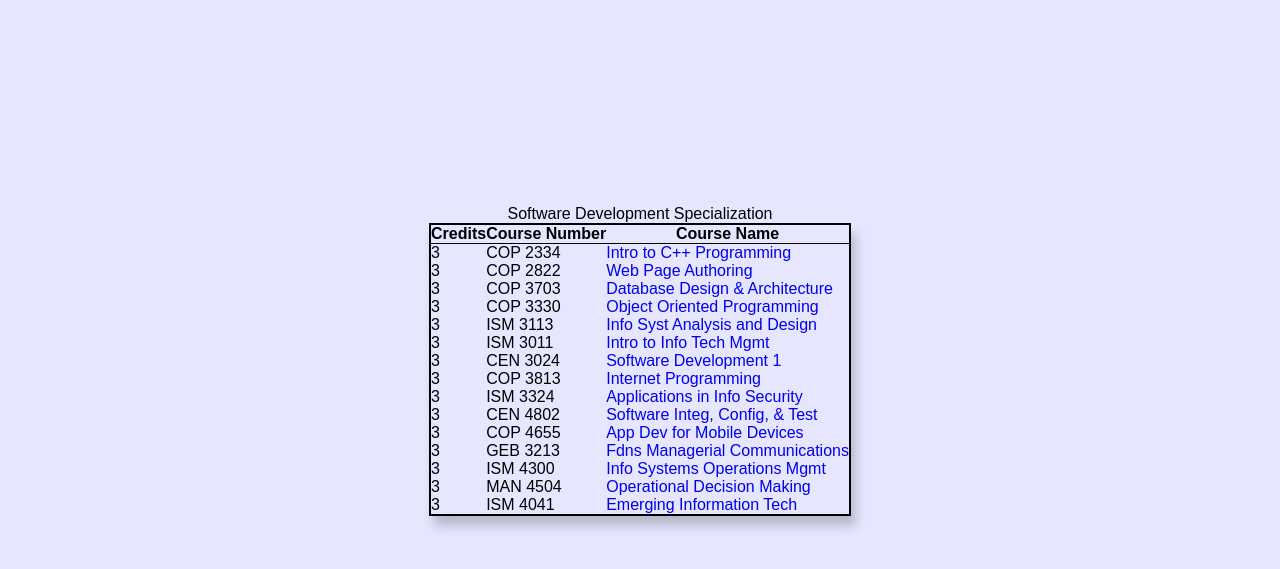
Repository: mlmEFSC21/P3-DegreeSpecializationTable
Page: index.html
The author's editor kept a copy of each file at every save. The page is drawn from the files as they stood at one save, then again after the next save.
The browser window is 1280 px wide. The pictures show the whole page.
Some web fonts or font styles are not loaded; a fallback is used.

Above is the page before, as saved 2022-02-01 21:05:08.

After the next save:
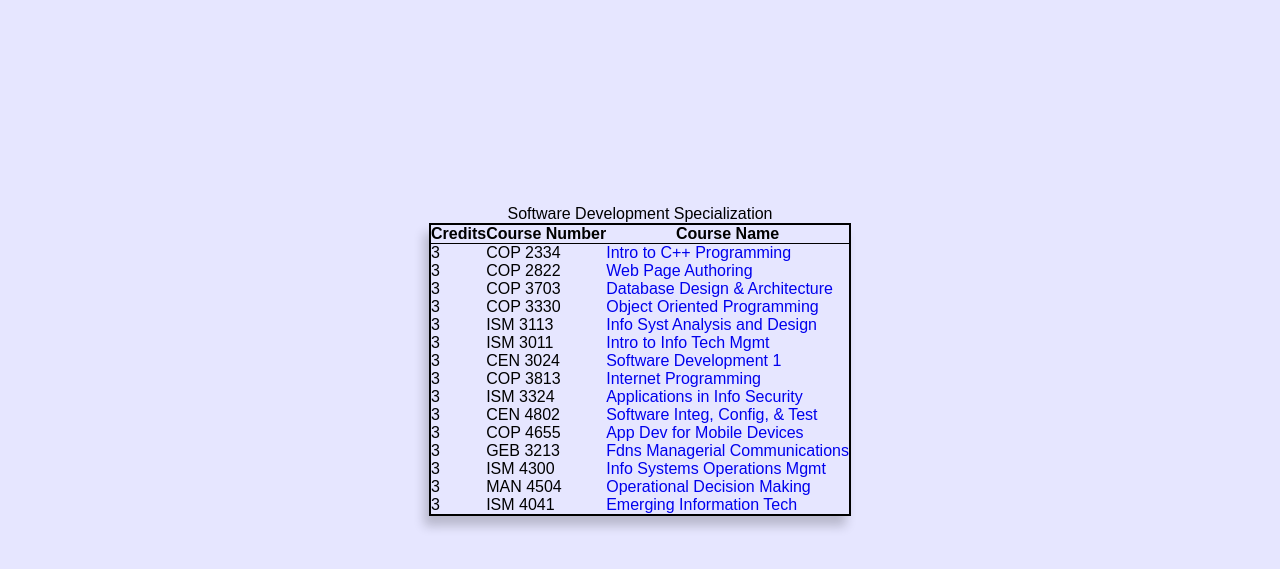
Saved 19 s later.
--- a/tableStyles.css
+++ b/tableStyles.css
@@ -25,7 +25,7 @@ body {
 }
 table {
     border-collapse: collapse;
-    box-shadow: 5px 10px 10px rgba(0, 0, 0, 0.2);
+    box-shadow: -5px 10px 10px rgba(0, 0, 0, 0.2);
     border: 2px solid black;
     padding: 0.25rem;
 }
